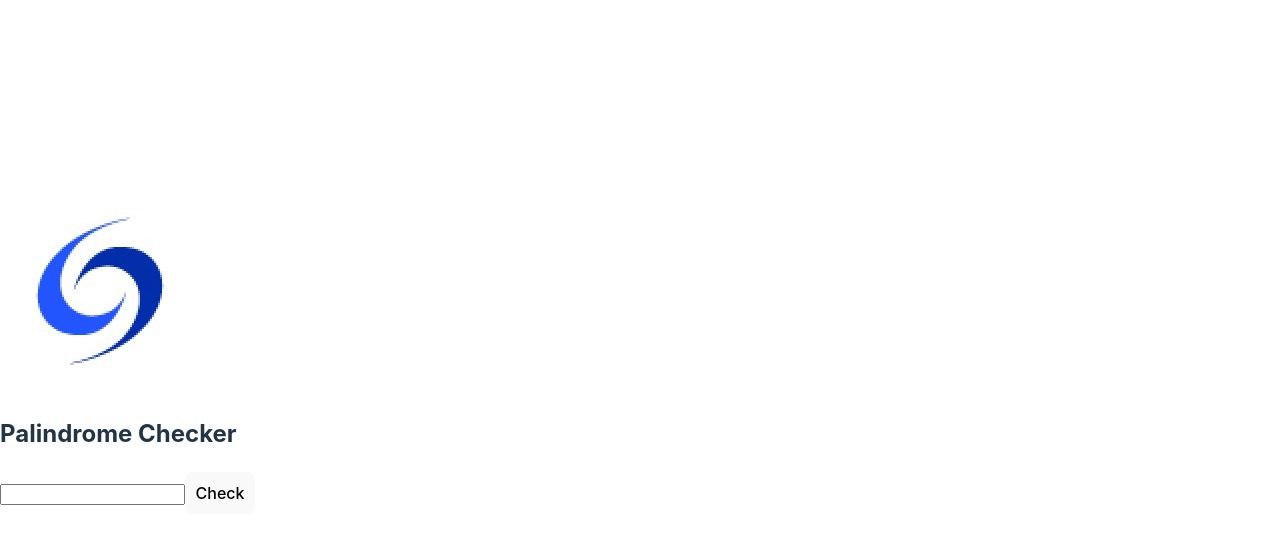
Repository: devblackie/palindrome
Page: /
The author's editor kept a copy of each file at every save. The page is drawn from the files as they stood at one save, then again after a run of saves.
The browser window is 1280 px wide. The pictures show the whole page.
The project was rebuilt for these pictures with package versions that can differ from the ones it lists, and the page was loaded fresh each time. Also part of the build but not shown: vite.config.js.

Above is the page before, as saved 2023-08-22 16:32:04.

After the next 6 saves:
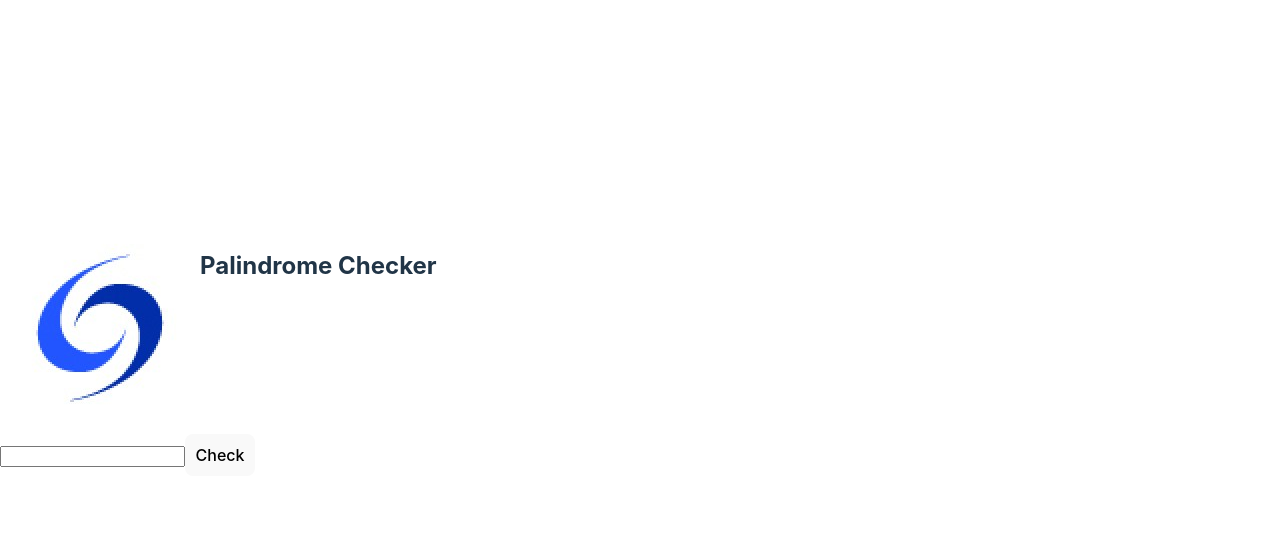
The 6 saves are shown as one change because they came seconds apart.
The last was saved 18 s later.
--- a/src/index.css
+++ b/src/index.css
@@ -54,6 +54,9 @@ button:focus,
 button:focus-visible {
   outline: 4px auto transparent;
 }
+.header{
+  display: flex;
+}
 .img{
 
 }
